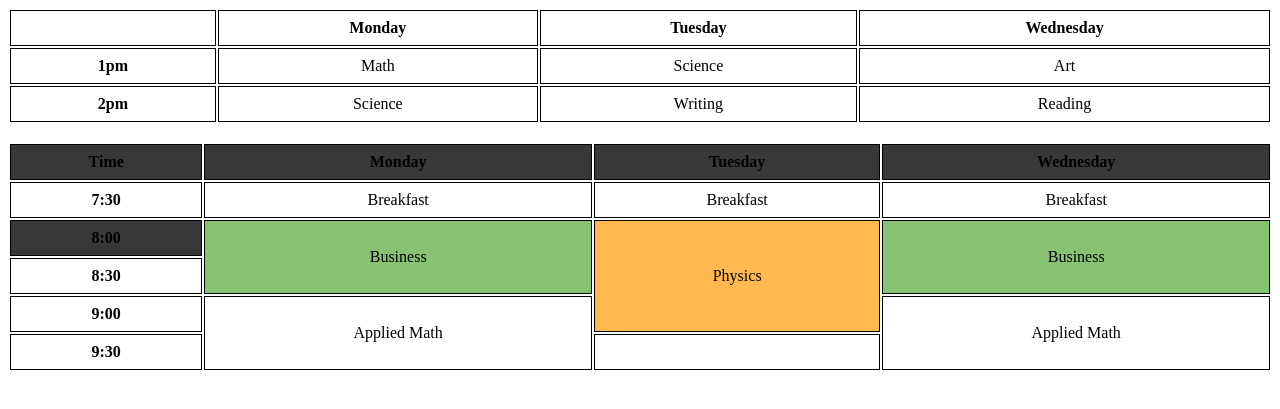
Repository: jefflai0412/website_design
Page: task1.html
An editor plug-in stored every save of this project. The page is shown before and after the next save, followed by the edit.
The browser window is 1280 px wide. The pictures show the whole page.

Above is the page before, as saved 2024-10-18 14:10:20.

After the next save:
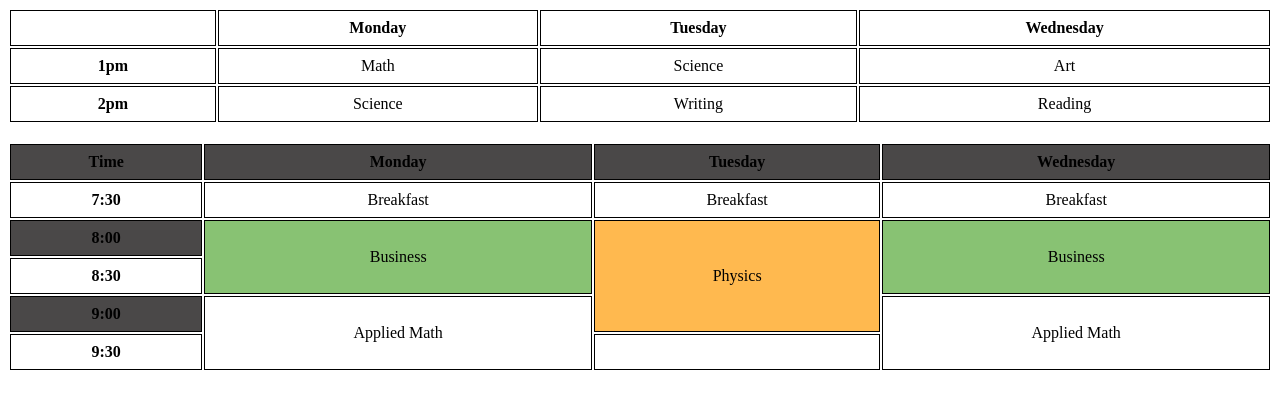
Saved 37 s later.
--- a/task1.html
+++ b/task1.html
@@ -53,7 +53,7 @@
     <br>
 
     <table cellpadding="10" cell-spacing="10">
-        <tr id="first_row" bgcolor="#383838">
+        <tr id="first_row" bgcolor="#4a4848">
             <th>Time</th>
             <th>Monday</th>
             <th>Tuesday</th>
@@ -66,7 +66,7 @@
             <td>Breakfast</td>
         </tr>
         <tr>
-            <th scope="row" bgcolor="#383838">8:00</th>
+            <th scope="row" bgcolor="#4a4848">8:00</th>
             <td rowspan="2" bgcolor="#88C273">Business</td>
             <td rowspan="3" bgcolor="#ffb94f">Physics</td>
             <td rowspan="2" bgcolor="#88C273">Business</td>
@@ -75,7 +75,7 @@
             <th scope="row">8:30</th>
         </tr>
         <tr>
-            <th scope="row">9:00</th>
+            <th scope="row" bgcolor="#4a4848">9:00</th>
             <td rowspan="2">Applied Math</td>
             <td rowspan="2">Applied Math</td>
         </tr>
